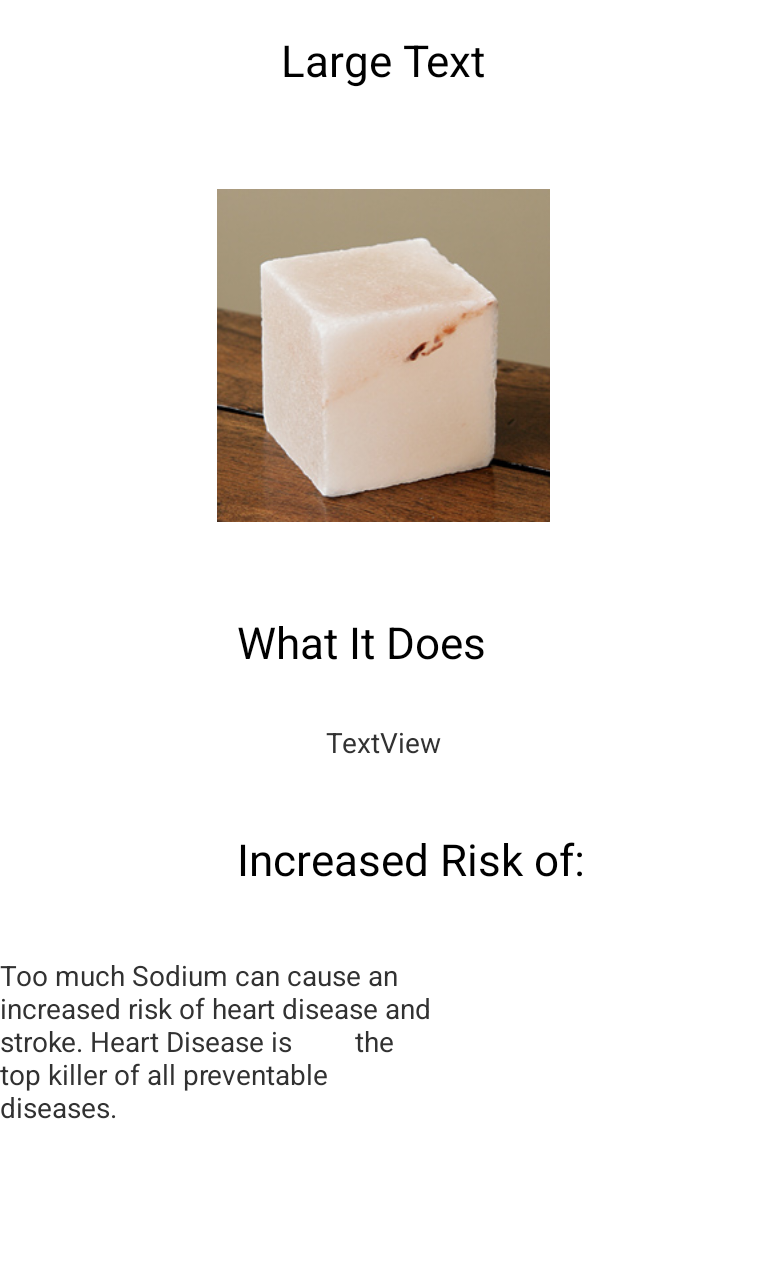
Repository: sehmon/workspace-eclipse
Layout: WhatAmIEating/res/layout/activity_detail.xml
An editor plug-in stored every save of this project. The layout is shown before and after the next save, followed by the edit.
It is drawn on a 768 x 1280 px phone screen (xhdpi) without system bars, with theme android:Theme.Holo.Light.NoActionBar.Fullscreen; the app's code is not run.

Above is the layout before, as saved 2014-04-13 16:08:35.

### WhatAmIEating/res/layout/activity_detail.xml
<RelativeLayout xmlns:android="http://schemas.android.com/apk/res/android"
    xmlns:tools="http://schemas.android.com/tools"
    android:id="@+id/container"
    android:layout_width="match_parent"
    android:layout_height="match_parent"
    android:orientation="vertical" >

    <TextView
        android:id="@+id/textView2"
        android:layout_width="wrap_content"
        android:layout_height="wrap_content"
        android:layout_alignParentTop="true"
        android:layout_centerHorizontal="true"
        android:layout_marginTop="15dp"
        android:text="Large Text"
        android:textAppearance="?android:attr/textAppearanceLarge" />

    <ImageView
        android:id="@+id/imageView1"
        android:layout_width="wrap_content"
        android:layout_height="wrap_content"
        android:layout_below="@+id/textView2"
        android:layout_centerHorizontal="true"
        android:layout_marginTop="50dp"
        android:src="@drawable/salt" />

    <TextView
        android:id="@+id/textView1"
        android:layout_width="wrap_content"
        android:layout_height="wrap_content"
        android:layout_alignRight="@+id/textView2"
        android:layout_below="@+id/imageView1"
        android:layout_marginTop="45dp"
        android:text="What It Does"
        android:textAppearance="?android:attr/textAppearanceLarge" />

    <TextView
        android:id="@+id/textView3"
        android:layout_width="wrap_content"
        android:layout_height="wrap_content"
        android:layout_below="@+id/textView1"
        android:layout_centerHorizontal="true"
        android:layout_marginTop="26dp"
        android:text="TextView" />

    <TextView
        android:id="@+id/textView4"
        android:layout_width="wrap_content"
        android:layout_height="wrap_content"
        android:layout_alignLeft="@+id/textView1"
        android:layout_below="@+id/textView3"
        android:layout_marginTop="34dp"
        android:text="Increased Risk of:"
        android:textAppearance="?android:attr/textAppearanceLarge" />

    <TextView
        android:id="@+id/textView5"
        android:layout_width="wrap_content"
        android:layout_height="wrap_content"
        android:layout_alignRight="@+id/textView3"
        android:layout_below="@+id/textView4"
        android:layout_marginTop="34dp"
        android:text="Too much Sodium can cause an increased risk of heart disease and stroke. Heart Disease is
        the top killer of all preventable diseases." />

</RelativeLayout>

After the next save:
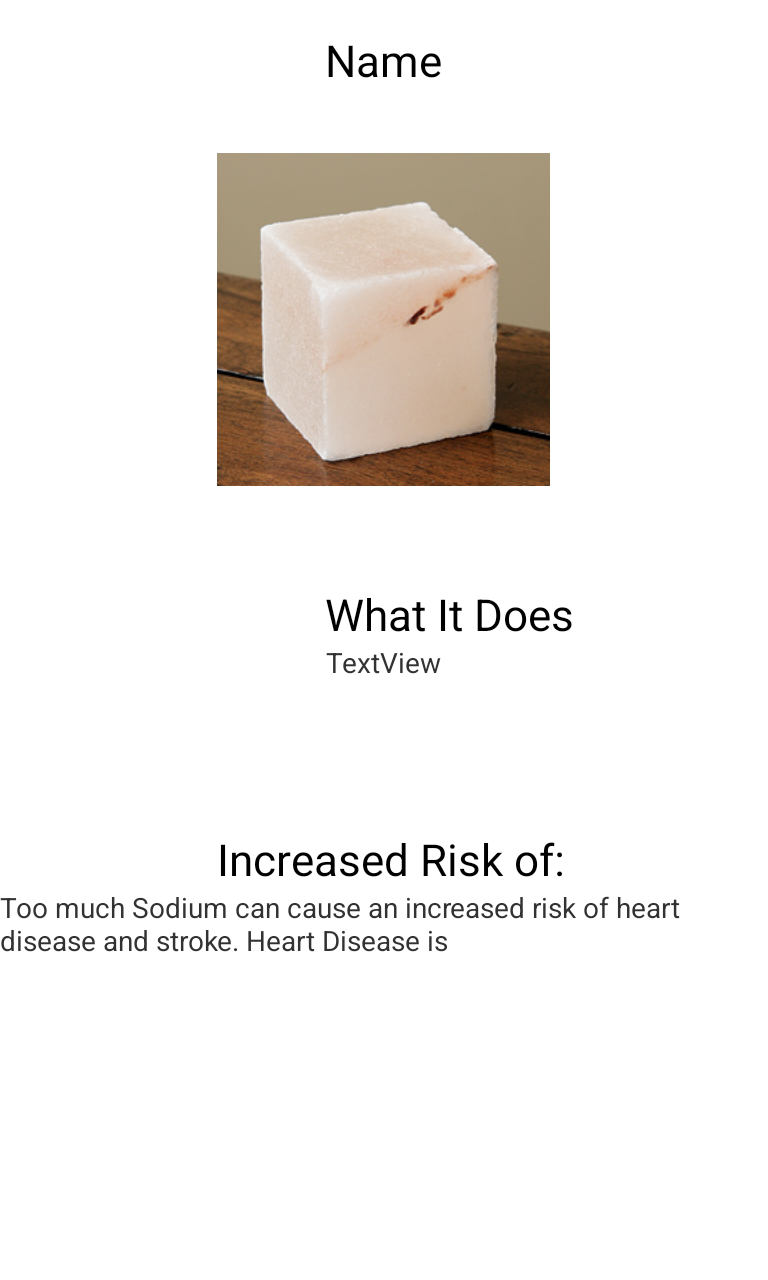
Saved 107 s later.
--- a/WhatAmIEating/res/layout/activity_detail.xml
+++ b/WhatAmIEating/res/layout/activity_detail.xml
@@ -12,7 +12,7 @@
         android:layout_alignParentTop="true"
         android:layout_centerHorizontal="true"
         android:layout_marginTop="15dp"
-        android:text="Large Text"
+        android:text="Name"
         android:textAppearance="?android:attr/textAppearanceLarge" />
 
     <ImageView
@@ -21,16 +21,34 @@
         android:layout_height="wrap_content"
         android:layout_below="@+id/textView2"
         android:layout_centerHorizontal="true"
-        android:layout_marginTop="50dp"
+        android:layout_marginTop="32dp"
         android:src="@drawable/salt" />
+
+    <TextView
+        android:id="@+id/textView4"
+        android:layout_width="wrap_content"
+        android:layout_height="wrap_content"
+        android:layout_alignLeft="@+id/imageView1"
+        android:layout_below="@+id/textView3"
+        android:layout_marginTop="74dp"
+        android:text="Increased Risk of:"
+        android:textAppearance="?android:attr/textAppearanceLarge" />
+
+    <TextView
+        android:id="@+id/textView5"
+        android:layout_width="wrap_content"
+        android:layout_height="wrap_content"
+        android:layout_alignParentLeft="true"
+        android:layout_below="@+id/textView4"
+        android:text="Too much Sodium can cause an increased risk of heart disease and stroke. Heart Disease is" />
 
     <TextView
         android:id="@+id/textView1"
         android:layout_width="wrap_content"
         android:layout_height="wrap_content"
-        android:layout_alignRight="@+id/textView2"
+        android:layout_alignLeft="@+id/textView2"
         android:layout_below="@+id/imageView1"
-        android:layout_marginTop="45dp"
+        android:layout_marginTop="49dp"
         android:text="What It Does"
         android:textAppearance="?android:attr/textAppearanceLarge" />
 
@@ -40,27 +58,6 @@
         android:layout_height="wrap_content"
         android:layout_below="@+id/textView1"
         android:layout_centerHorizontal="true"
-        android:layout_marginTop="26dp"
         android:text="TextView" />
 
-    <TextView
-        android:id="@+id/textView4"
-        android:layout_width="wrap_content"
-        android:layout_height="wrap_content"
-        android:layout_alignLeft="@+id/textView1"
-        android:layout_below="@+id/textView3"
-        android:layout_marginTop="34dp"
-        android:text="Increased Risk of:"
-        android:textAppearance="?android:attr/textAppearanceLarge" />
-
-    <TextView
-        android:id="@+id/textView5"
-        android:layout_width="wrap_content"
-        android:layout_height="wrap_content"
-        android:layout_alignRight="@+id/textView3"
-        android:layout_below="@+id/textView4"
-        android:layout_marginTop="34dp"
-        android:text="Too much Sodium can cause an increased risk of heart disease and stroke. Heart Disease is
-        the top killer of all preventable diseases." />
-
 </RelativeLayout>
